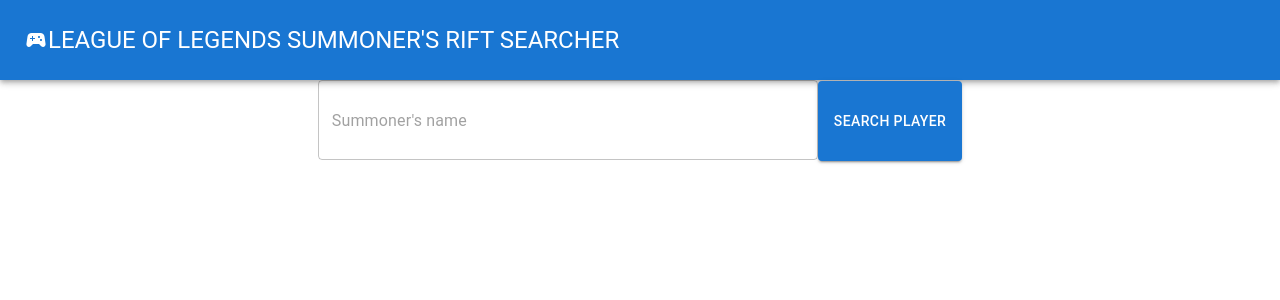
Repository: Mikerr21/League-Of-Legends-API
Page: /
An editor plug-in stored every save of this project. The page is shown before and after the next save, followed by the edit.
The browser window is 1280 px wide. The pictures show the whole page.
The page's requests for data from a server got no answer. The project was rebuilt for these pictures with package versions that can differ from the ones it lists, and the page was loaded fresh each time. No one was signed in, and anything a server would have sent is missing.

Above is the page before, as saved 2022-09-24 21:32:09.

### public/index.html
<!DOCTYPE html>
<html lang="en">
  <head>
    <meta charset="utf-8" />
    <link rel="icon" href="%PUBLIC_URL%/favicon.ico" />
    <meta name="viewport" content="width=device-width, initial-scale=1" />
    <meta name="theme-color" content="#000000" />
    <meta
      name="description"
      content="Web site created using create-react-app"
    />
    <link rel="apple-touch-icon" href="%PUBLIC_URL%/logo192.png" />

    <title>React App</title>
  </head>
  <body>
    <noscript>You need to enable JavaScript to run this app.</noscript>
    <div id="root"></div>

  </body>
</html>

### src/App.js
import React from "react";
import axios from "axios";
import { useState } from "react";
import { AppBar } from "@mui/material";
import { Toolbar } from "@mui/material";
import { CssBaseline } from "@mui/material";
import SportsEsportsIcon from "@mui/icons-material/SportsEsports";
import OutlinedInput from "@mui/material/OutlinedInput";
import "./App.css";
import { Typography } from "@mui/material";
import { Button } from "@mui/material";
import { Box } from "@mui/material";

function App() {
  const [searchPlayer, setSearchPlayer] = useState("");
  const [playerData,setPlayerData]= useState({});
  const API_KEY ="c4eb3244-2494-4789-a6a3-47b4f6d5b70a";



  function fetchPlayerData(event){

    var API_KEY = "RGAPI-e5d7e95c-8a4e-4469-bf42-53bc6d1175b3";
    var API_CALL_STRING ="https://euw1.api.riotgames.com/lol/summoner/v4/summoners/by-name/" + searchPlayer + "?api_key=" +API_KEY;
    axios.get(API_CALL_STRING).then(function (response) {
      //Success
      console.log(response);
      setPlayerData(response.data);
    }).catch(function(error){
      //Error
      console.log(error)
    })



  }



  return (
    <div className="App">
      <CssBaseline />
      <AppBar position="static">
        <Toolbar variant="dense" style={{ height: "80px" }}>
          <SportsEsportsIcon></SportsEsportsIcon>
          <Typography variant="h5" component="h2">
            LEAGUE OF LEGENDS SUMMONER'S RIFT SEARCHER
          </Typography>
        </Toolbar>
      </AppBar>
      <Box>
        <OutlinedInput
          onChange={(e) => setSearchPlayer(e.target.value)}
          type="text"
          placeholder="Summoner's name"
          style={{ height: "80px", width: "500px" }}
        ></OutlinedInput>
        <Button onClick={fetchPlayerData()} variant="contained" style={{ height: "80px" }}>
          Search player
        </Button>
      </Box>
      {JSON.stringify(playerData.data)}
    </div>
  );
}

export default App;

Loaded but not shown: src/index.js (common file); src/index.css (common file); src/App.css (common file)

After the next save:
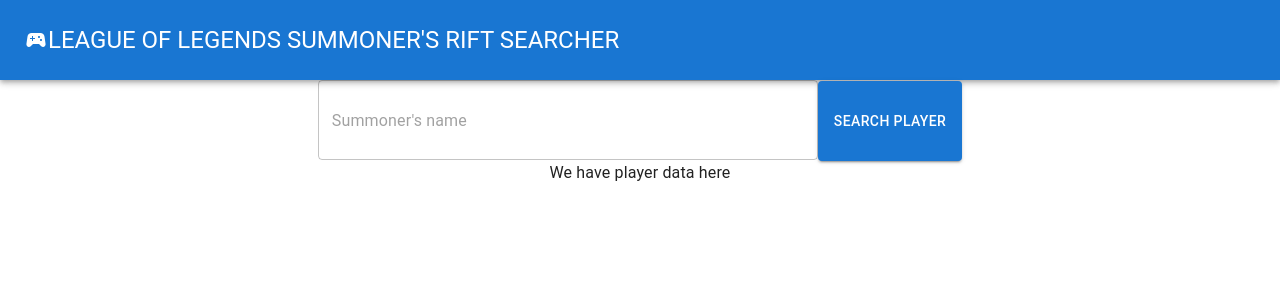
Saved 2 min 51 s later.
--- a/src/App.js
+++ b/src/App.js
@@ -59,7 +59,7 @@
           Search player
         </Button>
       </Box>
-      {JSON.stringify(playerData.data)}
+      {JSON.stringify(playerData.data) != '{}' ? <Typography>We have player data here</Typography> : <Typography>No player data detected</Typography>}
     </div>
   );
 }
